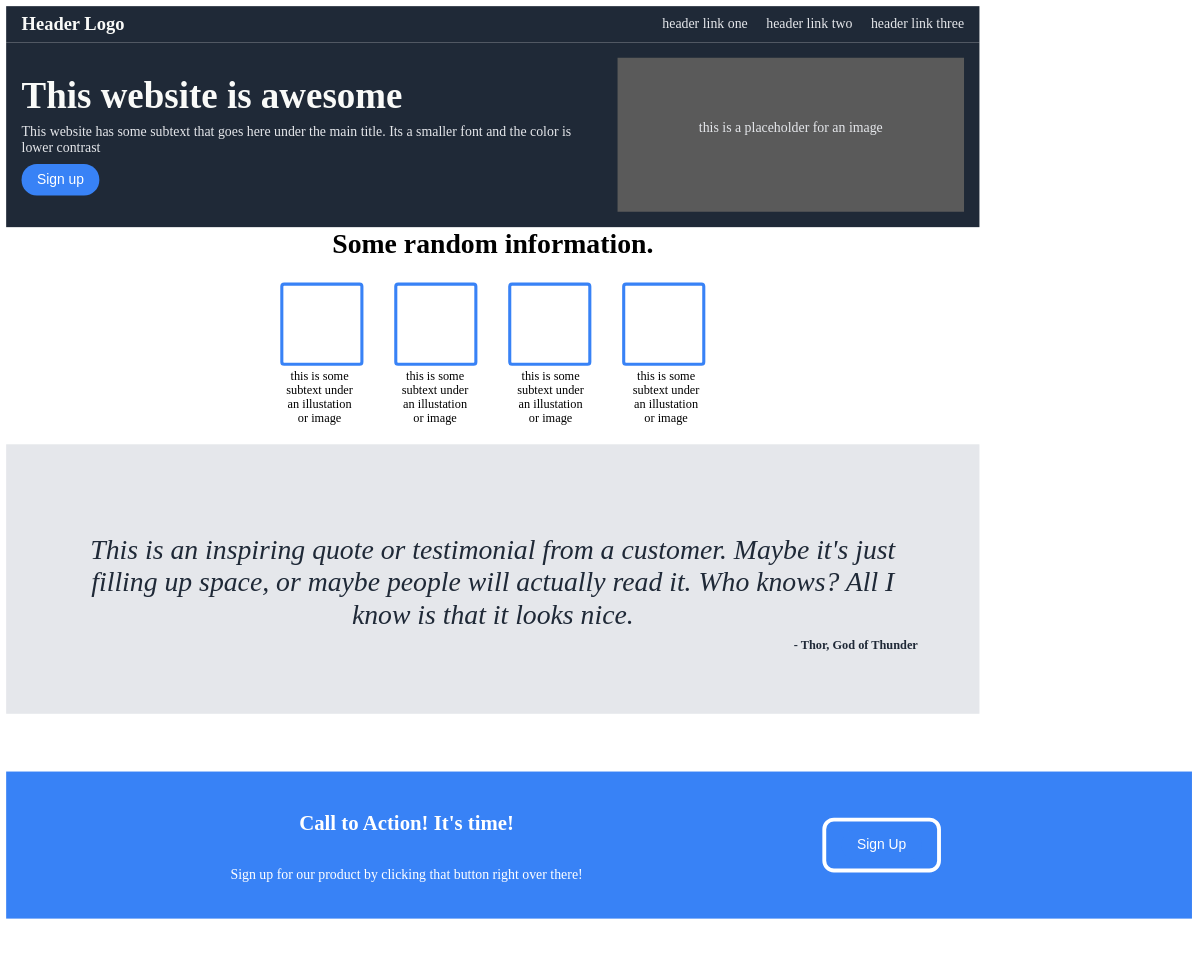
Repository: mnhardy1504/odin-recipes1
Page: flexboxlanding/index.html
An editor plug-in stored every save of this project. The page is shown before and after the next save, followed by the edit.
The browser window is 1280 px wide. The page is 1548 px wide, so the pictures cover 1548 px, including what lies to the right of the window. The pictures show the whole page, at 77% of full size.

Above is the page before, as saved 2023-09-15 14:36:07.

After the next save:
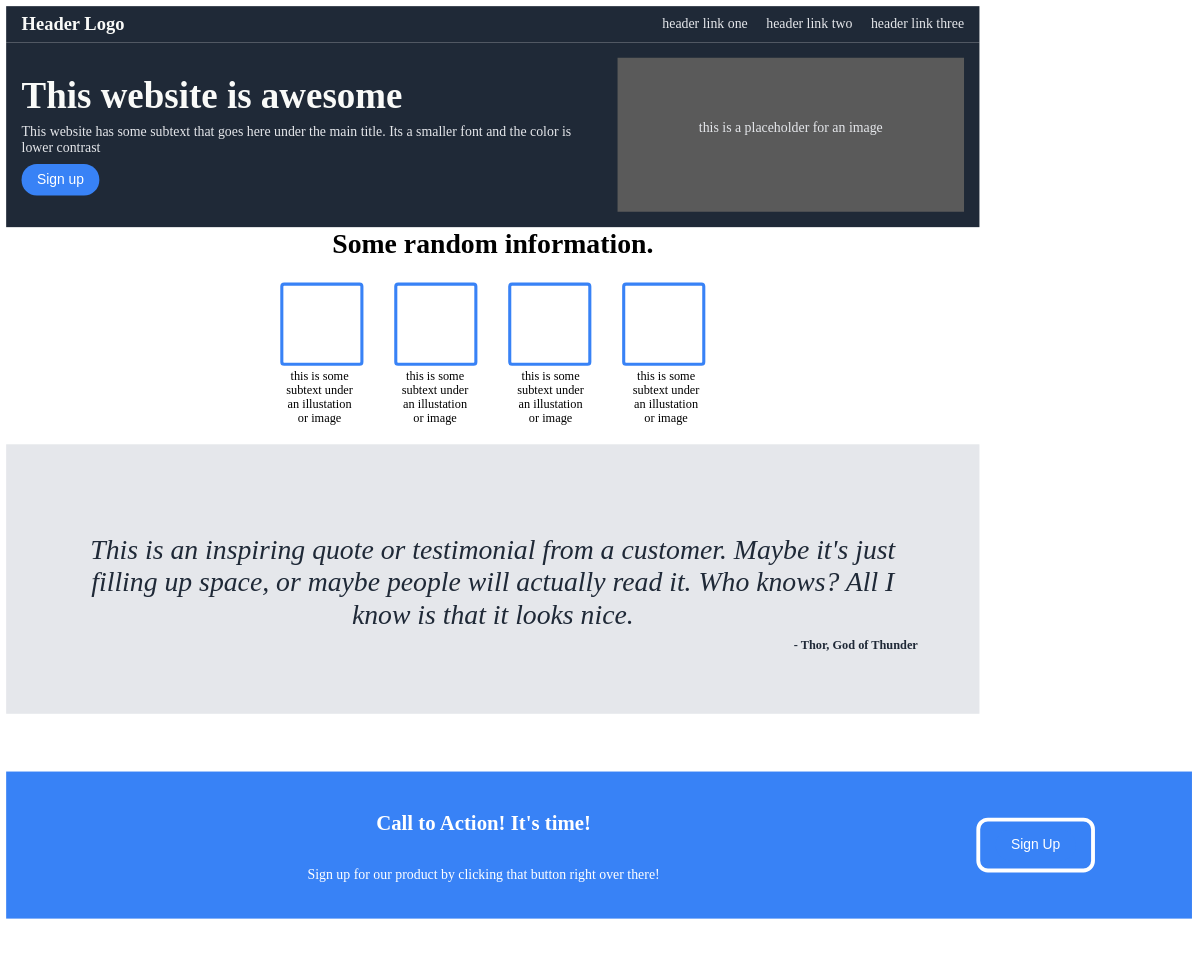
Saved 10 s later.
--- a/flexboxlanding/index.css
+++ b/flexboxlanding/index.css
@@ -145,7 +145,7 @@ h1 {
     flex-direction: column; /* Stack items vertically */
     align-items: center; /* Center items horizontally */
     justify-content: center; /* Center items vertically */
-    max-width: 1000px;
+    max-width: 1200px;
     font-size: 18px;
     color: white;
 }
